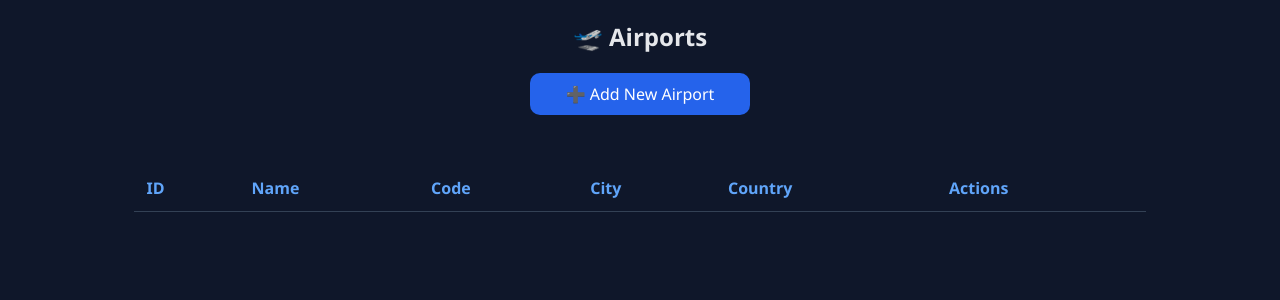
Repository: SNEHASURESH003/flight_system
Page: http://localhost/airports/
These files come from the project's save history. The page is drawn as it stood at one moment and after the next save; the edit follows.
The browser window is 1280 px wide. The pictures show the whole page.
The page is served by the project's application, run on Django 5.2 (manage.py). Other server files are loaded and not shown. Queries for data that is not in the repository find no rows.

Above is the page before, as saved 2026-01-20 00:30:03.

### airport/airport_route/templates/list_airports.html
<!DOCTYPE html>
<html lang="en">
<head>
    <title>Airports</title>
    <style>
        body { font-family: 'Segoe UI', sans-serif; background: #0f172a; color: #e5e7eb; }
        table { width: 80%; margin: 50px auto; border-collapse: collapse; }
        th, td { padding: 12px; border-bottom: 1px solid #334155; text-align: left; }
        th { color: #60a5fa; }
        a { color: #2563eb; text-decoration: none; margin-right: 10px; }
        a:hover { text-decoration: underline; }
        .add-btn { display: block; width: 200px; margin: 20px auto; padding: 10px; background: #2563eb; color: white; text-align: center; border-radius: 10px; }
    </style>
</head>
<body>
    <h2 style="text-align:center;">🛫 Airports</h2>

    <a href="{% url 'add_airport' %}" class="add-btn">➕ Add New Airport</a>

    <table>
        <tr>
            <th>ID</th>
            <th>Name</th>
            <th>Code</th>
            <th>City</th>
            <th>Country</th>
            <th>Actions</th>
        </tr>
        {% for airport in airports %}
        <tr>
            <td>{{ airport.id }}</td>
            <td>{{ airport.name }}</td>
               <td>{{ airport.code }}</td>
            <td>{{ airport.city }}</td>
            <td>{{ airport.country }}</td>


            <td>
                <a href="{% url 'edit_airport' airport.id %}">✏️ Edit</a>
                <a href="{% url 'delete_airport' airport.id %}">🗑️ Delete</a>
            </td>
        </tr>
        {% endfor %}
    </table>
</body>
</html>

### airport/airport_route/views.py
from django.shortcuts import render
from .forms import RouteForm, AirportForm
from .models import Airport, Route
from .utils import nth_left_or_right_node, longest_node_on_duration, shortest_node_between_routes
from django.http import HttpResponse
from django.core.exceptions import ValidationError



from django.shortcuts import render, redirect
from django.contrib import messages  # for flash messages
from .forms import AirportForm, RouteForm

def add_airport(request):
    if request.method == 'POST':
        form = AirportForm(request.POST)
        if form.is_valid():
            form.save()
            messages.success(request, "Airport added successfully!")  # show message in template
             # redirect to dashboard
    else:
        form = AirportForm()
    return render(request, 'add_airport.html', {'form': form})
# List Airports (Dashboard/List Page)
def list_airports(request):
    airports = Airport.objects.all()
    return render(request, 'list_airports.html', {'airports': airports})

# Edit Airport
def edit_airport(request, airport_id):
    airport = get_object_or_404(Airport, id=airport_id)
    if request.method == 'POST':
        form = AirportForm(request.POST, instance=airport)
        if form.is_valid():
            form.save()
            messages.success(request, "Airport updated successfully!")
            return redirect('list_airports')
    else:
        form = AirportForm(instance=airport)
    return render(request, 'edit_airport.html', {'form': form, 'airport': airport})

# Delete Airport
def delete_airport(request, airport_id):
    airport = get_object_or_404(Airport, id=airport_id)
    if request.method == 'POST':
        airport.delete()
        messages.success(request, "Airport deleted successfully!")
        return redirect('list_airports')
    return render(request, 'delete_airport.html', {'airport': airport})

def add_route(request):
    if request.method == 'POST':
        form = RouteForm(request.POST)
        if form.is_valid():
            form.save()
            messages.success(request, "Route added successfully!")

    else:
        form = RouteForm()
    return render(request, 'route_form.html', {'form': form})


from django.shortcuts import render, get_object_or_404

from django.shortcuts import render, get_object_or_404

def find_nth_node(request):
    result = None
    error = None

    if request.method == 'POST':
        try:
            route_id = request.POST.get('route_id')
            n = int(request.POST.get('n'))
            direction = request.POST.get('direction')

            route = get_object_or_404(Route, id=route_id)

            if n <= 0:
                error = "N must be greater than zero."
            else:
                result = nth_left_or_right_node(route, n, direction)

                if result is None:
                    error = f"No {n}th node exists in the {direction} direction from this route."

        except ValueError:
            error = "Invalid input. Please enter valid numbers."
        except Exception as e:
            error = str(e)

    return render(request, 'find_nth_node.html', {
        'result': result,
        'error': error
    })




from django.shortcuts import render
from django.core.exceptions import ObjectDoesNotExist

def find_longest_node(request, route_id):
    try:
        route = Route.objects.get(id=route_id)
    except Route.DoesNotExist:
        return render(request, 'error.html', {
            'message': 'Route not found. Please enter a valid Route ID.'
        })

    longest_left = longest_node_on_duration(route, 'left')
    longest_right = longest_node_on_duration(route, 'right')

    return render(request, 'longest_node.html', {
        'route': route,
        'longest_left': longest_left,
        'longest_right': longest_right,
    })


from django.shortcuts import render, get_object_or_404

def find_shortest_between(request):
    result = None
    error = None

    if request.method == 'POST':
        route1_id = request.POST.get('route1_id')
        route2_id = request.POST.get('route2_id')

        try:
            route1 = get_object_or_404(Route, id=route1_id)
            route2 = get_object_or_404(Route, id=route2_id)

            result = shortest_node_between_routes(route1, route2)

        except Exception as e:
            error = str(e)

    return render(request, 'shortest_between.html', {
        'result': result,
        'error': error
    })




def dashboard(request):
    return render(request, 'dashboard.html')

### airport/airport/urls.py
"""
URL configuration for airport project.

The `urlpatterns` list routes URLs to views. For more information please see:
    https://docs.djangoproject.com/en/5.2/topics/http/urls/
Examples:
Function views
    1. Add an import:  from my_app import views
    2. Add a URL to urlpatterns:  path('', views.home, name='home')
Class-based views
    1. Add an import:  from other_app.views import Home
    2. Add a URL to urlpatterns:  path('', Home.as_view(), name='home')
Including another URLconf
    1. Import the include() function: from django.urls import include, path
    2. Add a URL to urlpatterns:  path('blog/', include('blog.urls'))
"""
from django.contrib import admin
from django.urls import path
from django.urls import include

urlpatterns = [
    path('admin/', admin.site.urls),
    path('', include('airport_route.urls')),
]

### airport/airport_route/urls.py
from .models import Route
from django.urls import path
from .views import add_airport, add_route, dashboard, find_nth_node, find_longest_node, find_shortest_between
from airport_route import views
urlpatterns = [
   path('airports/add/', add_airport, name='add_airport'),
    path('routes/add/', add_route, name='add_route'),
    path('airports/', views.list_airports, name='list_airports'),
    path('airports/edit/<int:airport_id>/', views.edit_airport, name='edit_airport'),
    path('airports/delete/<int:airport_id>/', views.delete_airport, name='delete_airport'),

    path('routes/find-nth/', find_nth_node, name='find_nth'),
     path('routes/longest-node/<int:route_id>/', find_longest_node, name='longest_node'),
    path('routes/shortest/', find_shortest_between, name='shortest_between'),
     path('', dashboard, name='dashboard'),
]

After the next save:
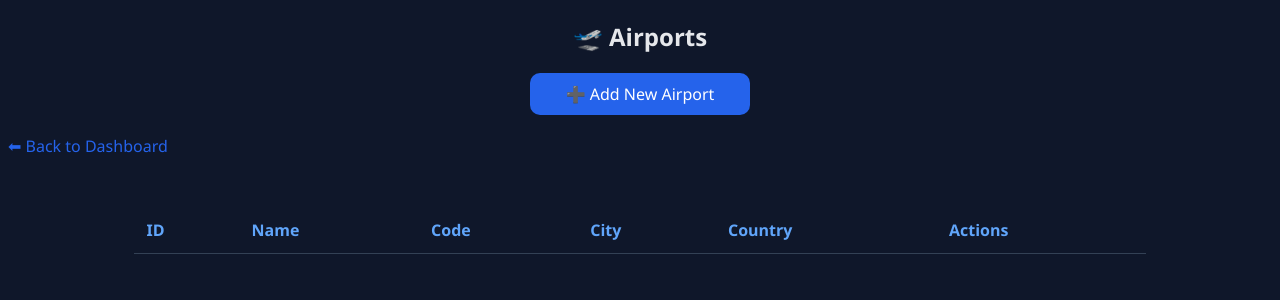
Saved 28 s later.
--- a/airport/airport_route/templates/list_airports.html
+++ b/airport/airport_route/templates/list_airports.html
@@ -16,6 +16,7 @@
     <h2 style="text-align:center;">🛫 Airports</h2>
 
     <a href="{% url 'add_airport' %}" class="add-btn">➕ Add New Airport</a>
+      <a href="{% url 'dashboard' %}" class="link">⬅ Back to Dashboard</a>
 
     <table>
         <tr>
